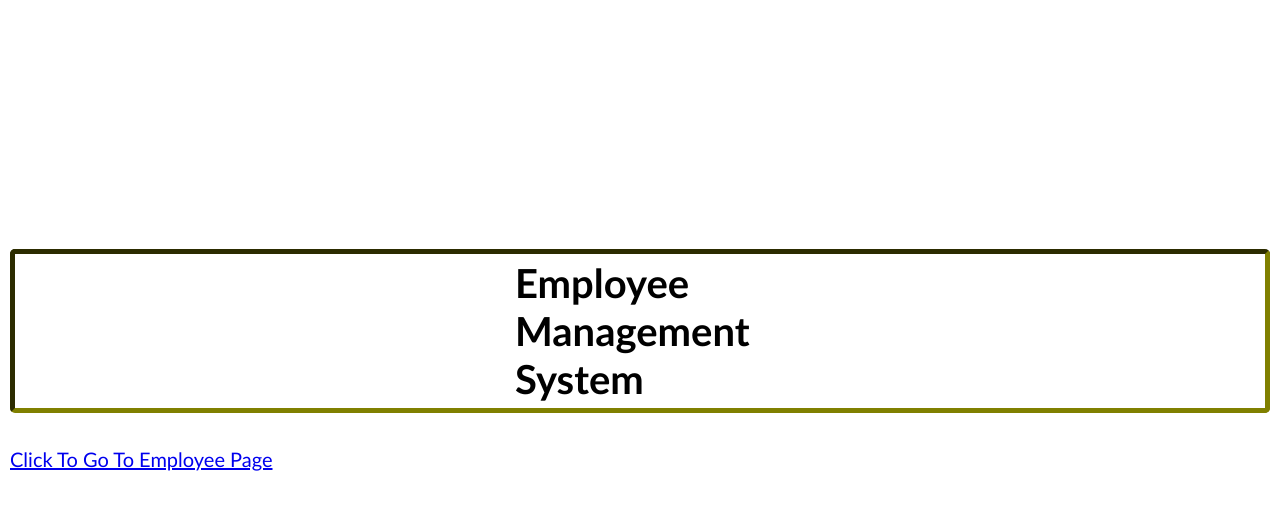
Repository: prieeyatambe/priyatambe_SpringMavenHibernate
Page: http://localhost/Project/
These files come from the project's save history. The page is drawn as it stood at one moment and after the next save; the edit follows.
The browser window is 1280 px wide. The pictures show the whole page.
The page is served by Tomcat 9. Other server files are loaded and not shown.

Above is the page before, as saved 2024-03-06 07:17:41.

### SpringMaven/mavenproject/Project/src/main/webapp/index.jsp
<html>
<head>
<style type="text/css">
body{
	align-content: center;
	margin:10px
}
h2{
	font-size: 40px;
	font-family: 'Trebuchet MS', 'Lucida Sans Unicode', 'Lucida Grande', 'Lucida Sans', Arial, sans-serif;
	border: 5px olive inset;
	padding: 5px 500px 5px 500px;
	border-radius: 5px;
}
a{
    font-family: 'Trebuchet MS', 'Lucida Sans Unicode', 'Lucida Grande', 'Lucida Sans', Arial, sans-serif;
	font-size: 20px
}
a:hover{
	color: teal;
}
</style>
</head>
<body>
<h2>Employee Management System</h2>
<a href="list">Click To Go To Employee Page</a>
</body>
</html>

After the next save:
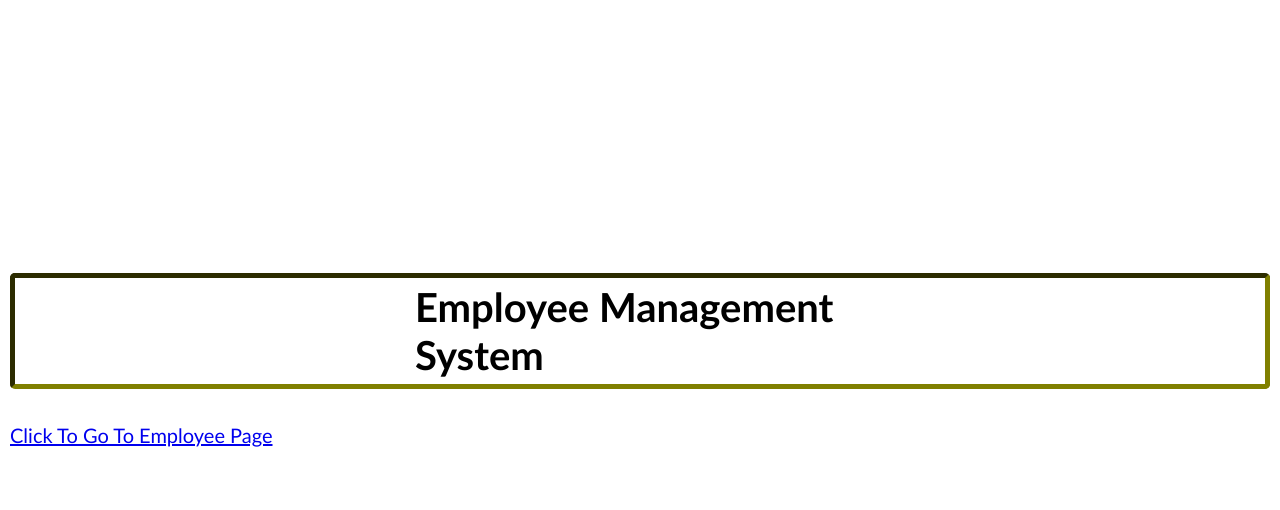
Saved 15 s later.
--- a/SpringMaven/mavenproject/Project/src/main/webapp/index.jsp
+++ b/SpringMaven/mavenproject/Project/src/main/webapp/index.jsp
@@ -9,7 +9,7 @@ h2{
 	font-size: 40px;
 	font-family: 'Trebuchet MS', 'Lucida Sans Unicode', 'Lucida Grande', 'Lucida Sans', Arial, sans-serif;
 	border: 5px olive inset;
-	padding: 5px 500px 5px 500px;
+	padding: 5px 400px 5px 400px;
 	border-radius: 5px;
 }
 a{
